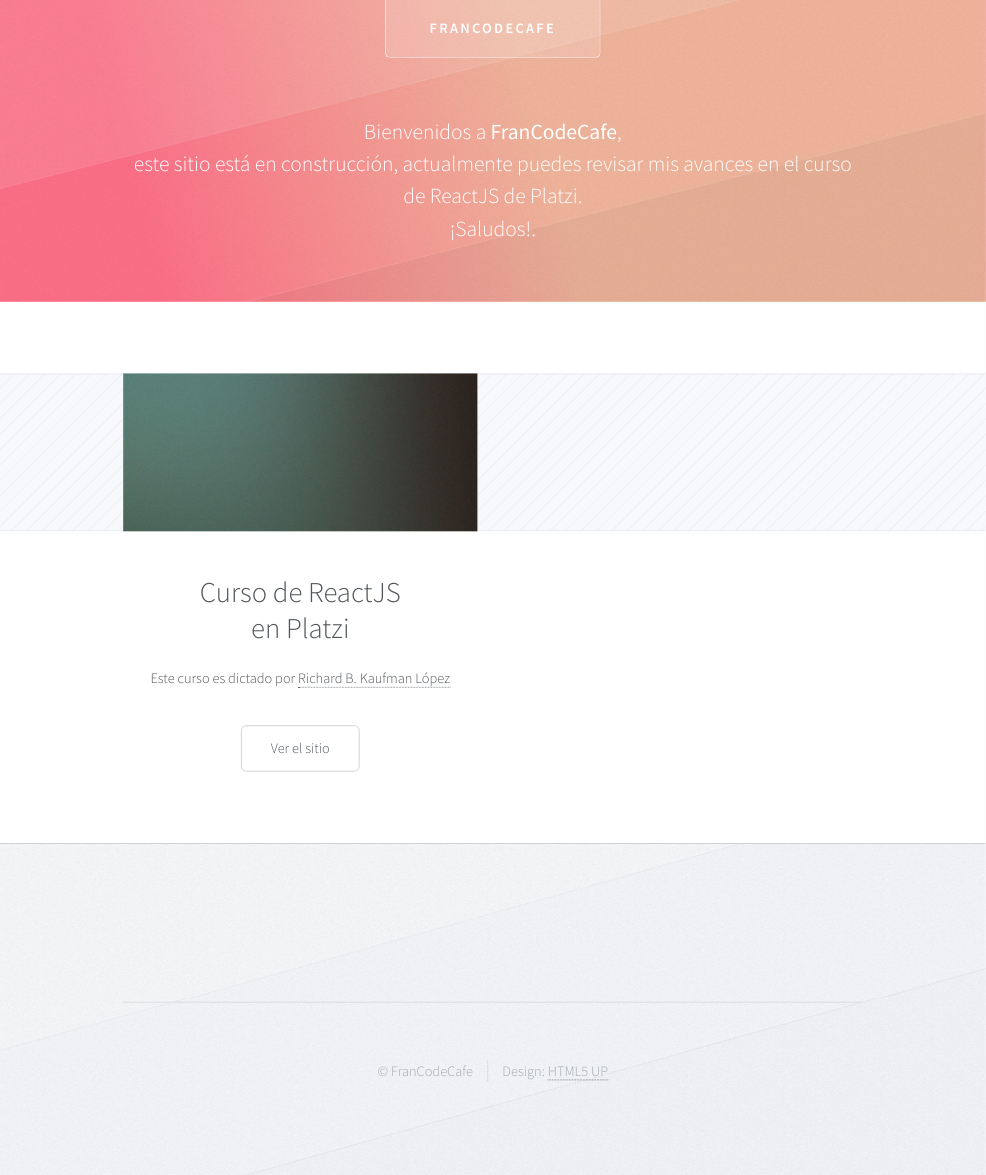
Repository: FranCodeCafe/francodecafe.github.io
Page: index.html
These files come from the project's save history. The page is drawn as it stood at one moment and after the next save; the edit follows.
The browser window is 1280 px wide. The pictures show the whole page, at 77% of full size.

Above is the page before, as saved 2020-01-22 14:19:59.

After the next save:
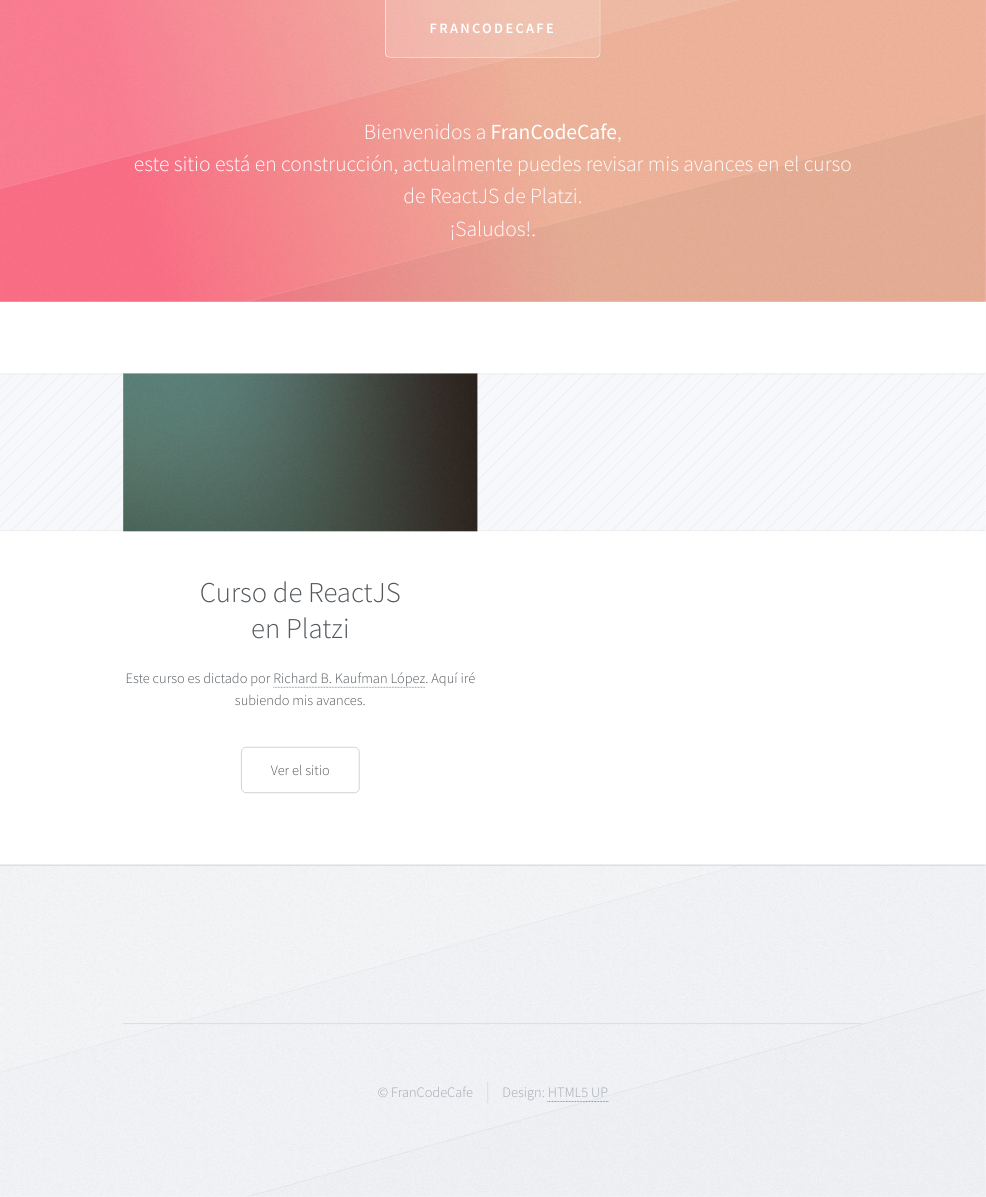
Saved 44 s later.
--- a/index.html
+++ b/index.html
@@ -90,7 +90,7 @@
 								<h2>Curso de ReactJS<br />
 								en Platzi</h2>
 							</header>
-							<p>Este curso es dictado por <a href="https://twitter.com/sparragus?s=20">Richard B. Kaufman López</a></p>
+							<p>Este curso es dictado por <a href="https://twitter.com/sparragus?s=20">Richard B. Kaufman López</a>. Aquí iré subiendo mis avances.</p>
 							<ul class="actions">
 								<li><a href="#" class="button">Ver el sitio</a></li>
 							</ul>
